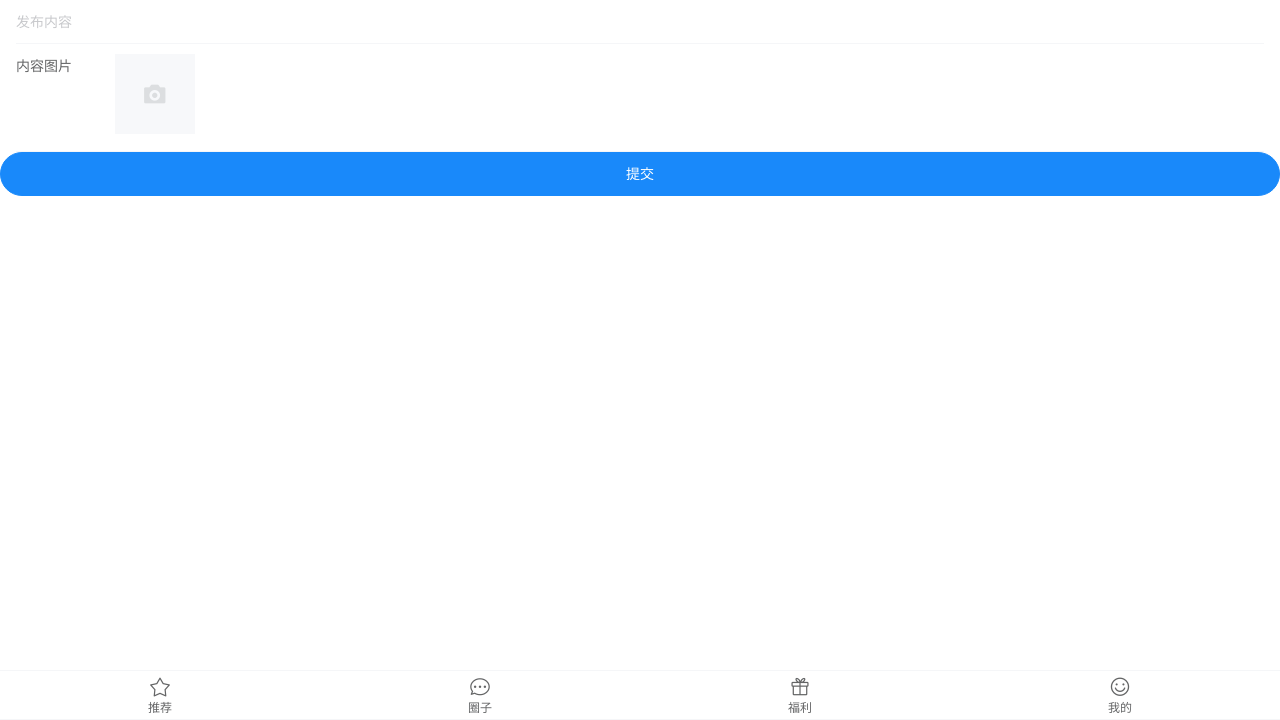
Repository: pbw-langwang/dm
Page: /#/FabuPost (app in dm_vue/)
An editor plug-in stored every save of this project. The page is shown before and after the next save, followed by the edit.
The browser window is 1280 px wide. The pictures show the whole page.
The project was rebuilt for these pictures with package versions that can differ from the ones it lists, and the page was loaded fresh each time. Also part of the build but not shown: dm_vue/src/components/HelloWorld.vue, dm_vue/src/components/video.vue, dm_vue/src/components/setting.vue, dm_vue/src/components/gift.vue, dm_vue/src/components/Regist.vue, dm_vue/src/components/history.vue, dm_vue/src/components/Search.vue, dm_vue/src/components/SearchList.vue and 3 more.

Above is the page before, as saved 2021-06-22 16:16:53.

After the next save:
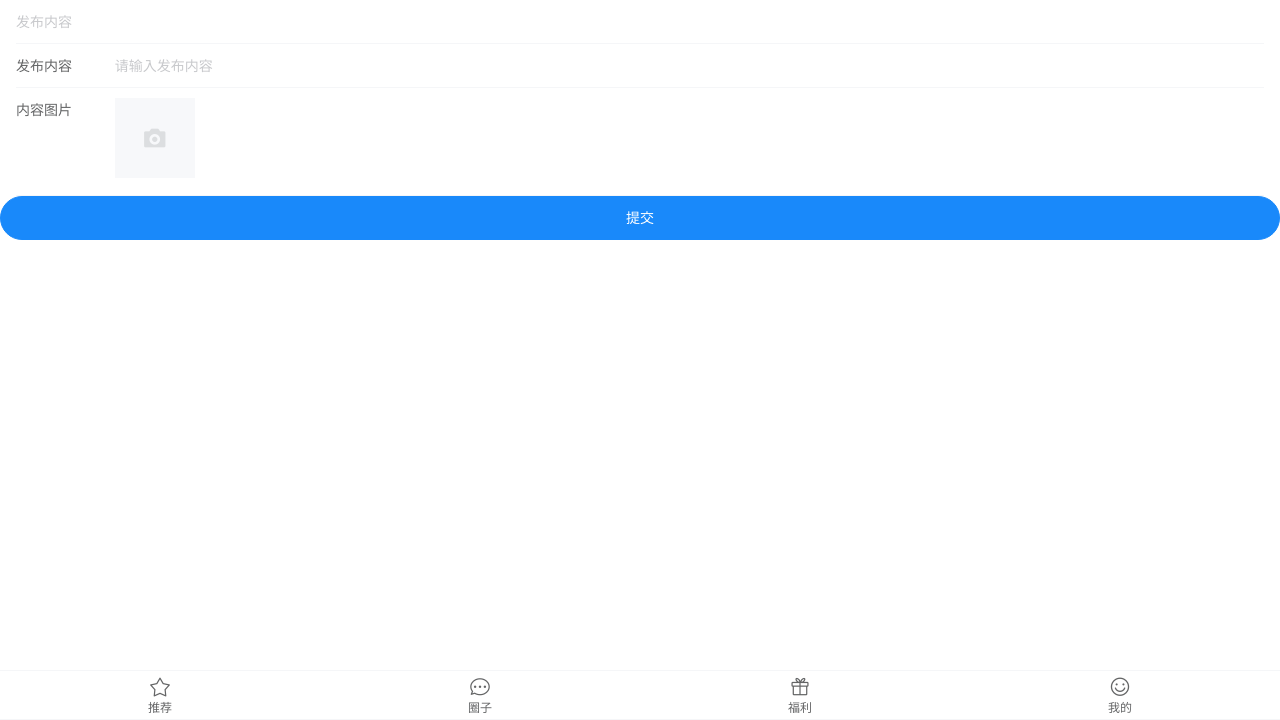
Saved 106 s later.
--- a/dm_vue/src/components/FabuPost.vue
+++ b/dm_vue/src/components/FabuPost.vue
@@ -8,6 +8,15 @@
           placeholder="发布内容"
           clearable
           @blur="checkName"
+          :rules="[{ required: true, message: '请填写发布内容' }]"
+        />
+        <van-field
+          v-model="post.postcontent"
+          rows="1"
+          autosize
+          label="发布内容"
+          type="textarea"
+          placeholder="请输入发布内容"
           :rules="[{ required: true, message: '请填写发布内容' }]"
         />
 

After the save that followed:
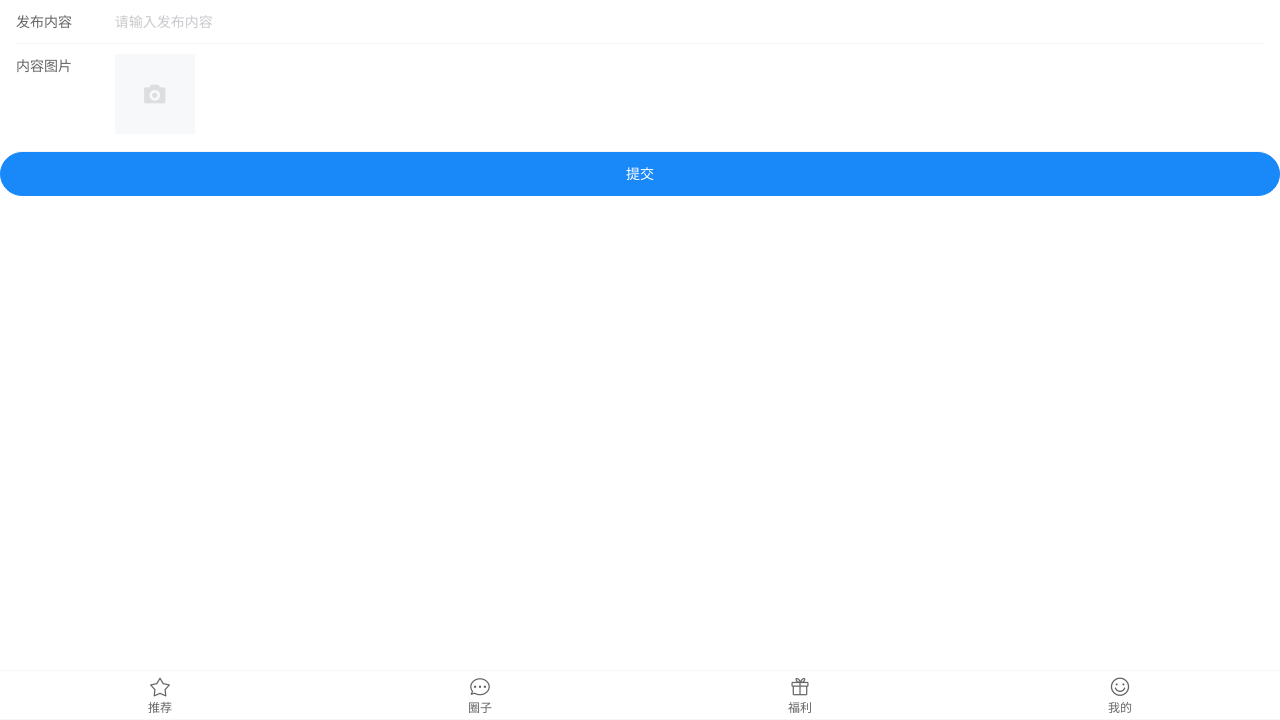
Saved 8 s later.
--- a/dm_vue/src/components/FabuPost.vue
+++ b/dm_vue/src/components/FabuPost.vue
@@ -2,14 +2,6 @@
   <div>
     <div class="userinfo">
       <van-form @submit="onSubmit" class="form1">
-        <van-field
-          v-model="post.postcontent"
-          name="postcontent"
-          placeholder="发布内容"
-          clearable
-          @blur="checkName"
-          :rules="[{ required: true, message: '请填写发布内容' }]"
-        />
         <van-field
           v-model="post.postcontent"
           rows="1"
